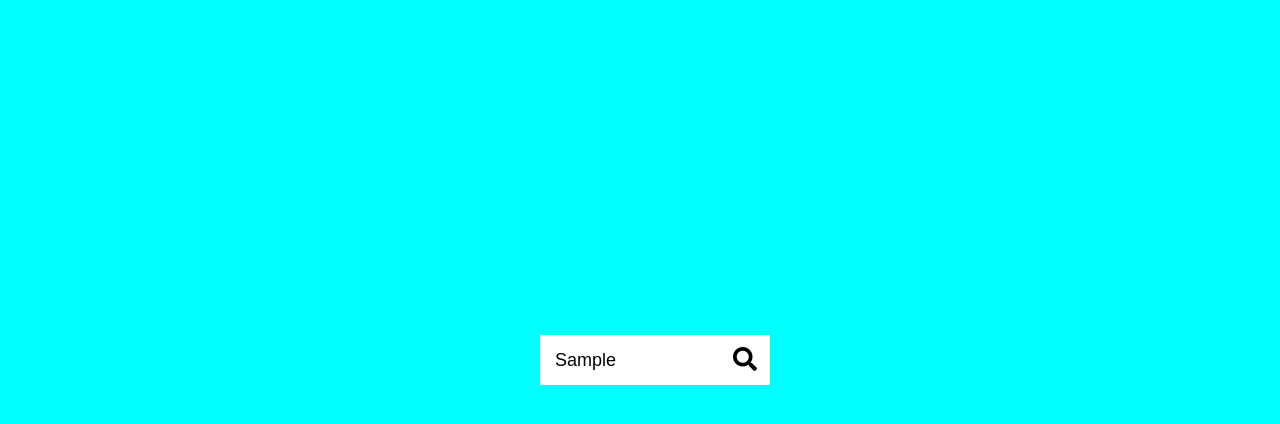
Repository: MMXiaohang/50projects50days-copy
Page: 4-hidden-search/1-index.html
These files come from the project's save history. The page is drawn as it stood at one moment and after the next save; the edit follows.
The browser window is 1280 px wide. The pictures show the whole page.
Empty fields were first filled with sample values (such as "Sample", 5 or name@example.com).
After loading, the first visible `button.btn` was clicked once.
Some web libraries are served in a nearby version.

Above is the page before, as saved 2022-06-14 11:50:34.

After the next save:
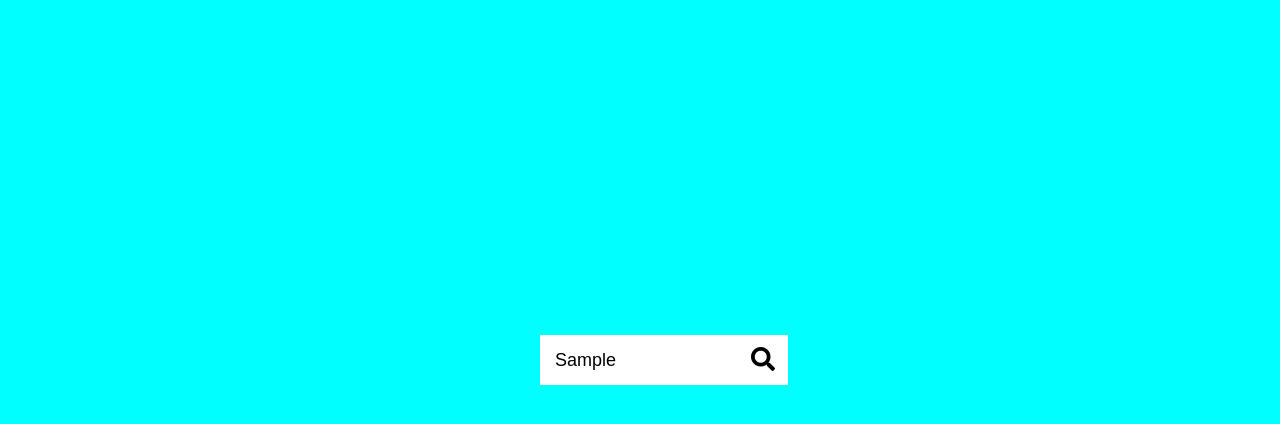
Saved 8 s later.
--- a/4-hidden-search/1-style.css
+++ b/4-hidden-search/1-style.css
@@ -52,5 +52,5 @@
 }
 
 .search.active .btn{
-    transform: translateX(180px);
+    transform: translateX(198px);
 }

After the 3 saves that followed:
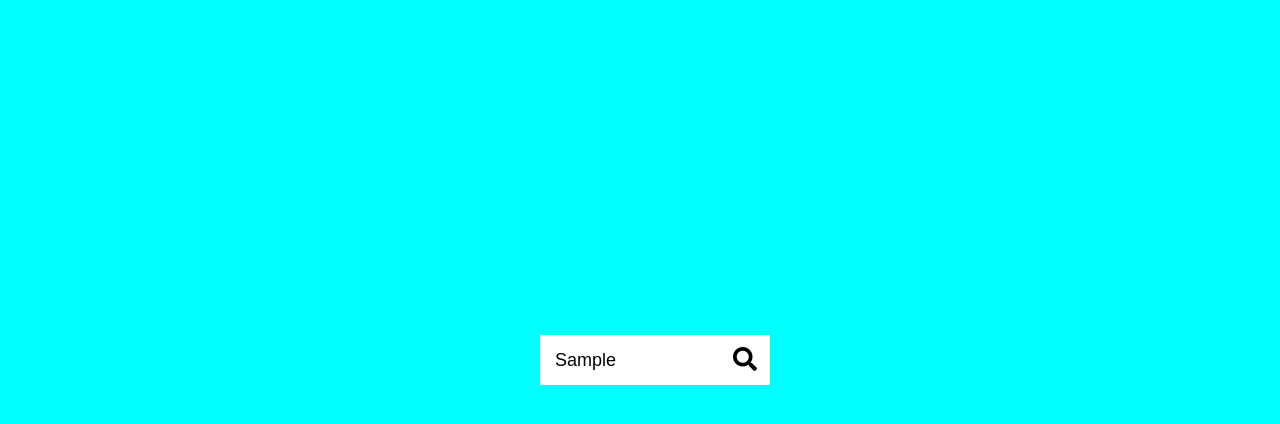
The 3 saves are shown as one change because 2 left the picture as it was.
The last was saved 55 s later.
--- a/4-hidden-search/1-style.css
+++ b/4-hidden-search/1-style.css
@@ -40,6 +40,7 @@
     left: 0;
     height: 50px;
     width: 50px;
+    transition: transform 0.4s ease;
 }
 
 .btn:focus,
@@ -47,10 +48,10 @@
     outline: none;
 }
 
-.search.active .input{
+.search.active .input {
     width: 200px;
 }
 
-.search.active .btn{
-    transform: translateX(198px);
+.search.active .btn {
+    transform: translateX(180px);
 }
